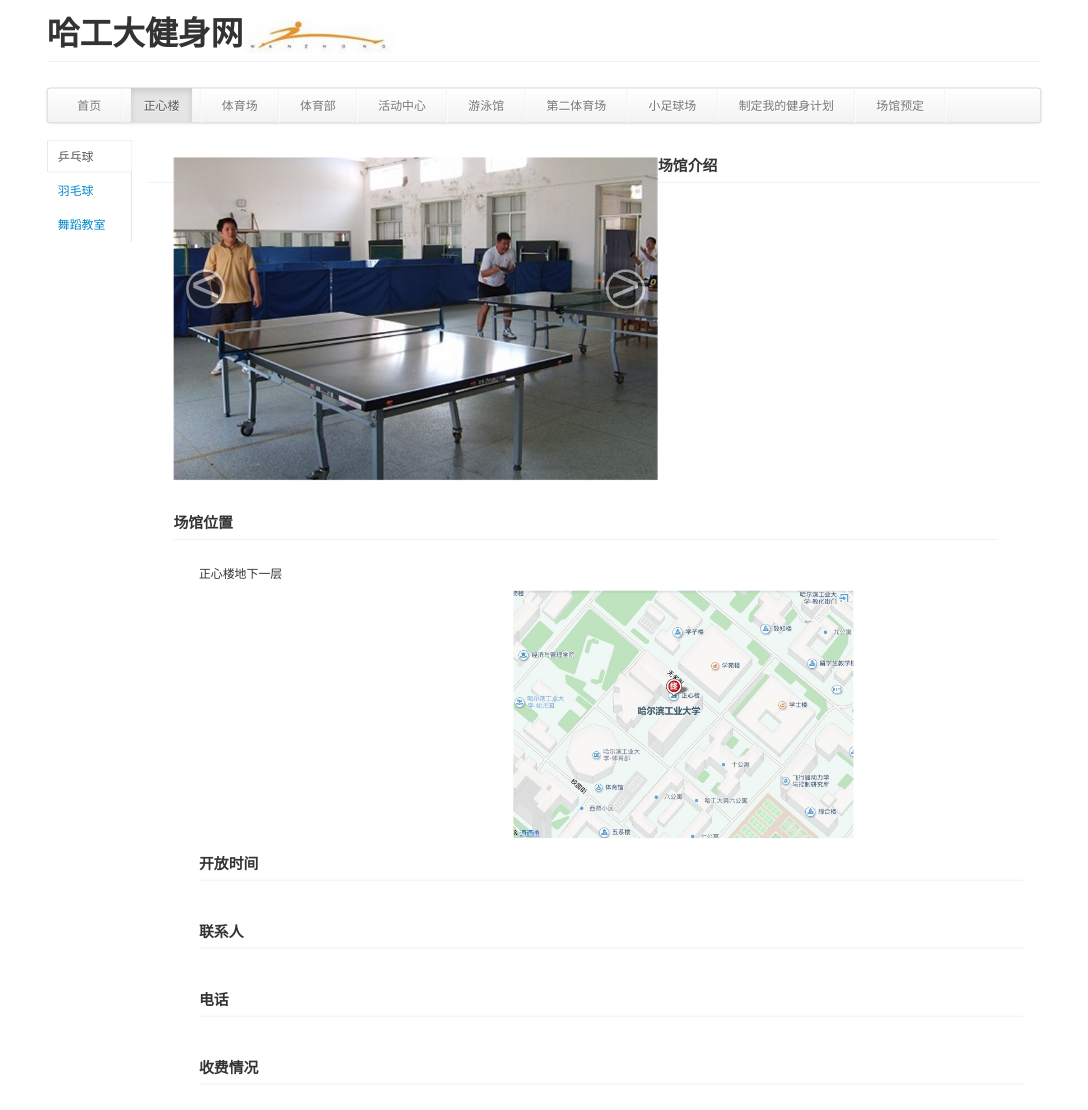
Repository: hitDeveloper/fitness
Page: http://localhost/project/zhengxin.jsp
The author's editor kept a copy of each file at every save. The page is drawn from the files as they stood at one save, then again after the next save.
The browser window is 1280 px wide. The pictures show the whole page, at 85% of full size.
The page is served by Tomcat 9. Nobody is signed in. The application's start-up code is not run.

Above is the page before, as saved 2014-11-05 00:24:11.

After the next save:
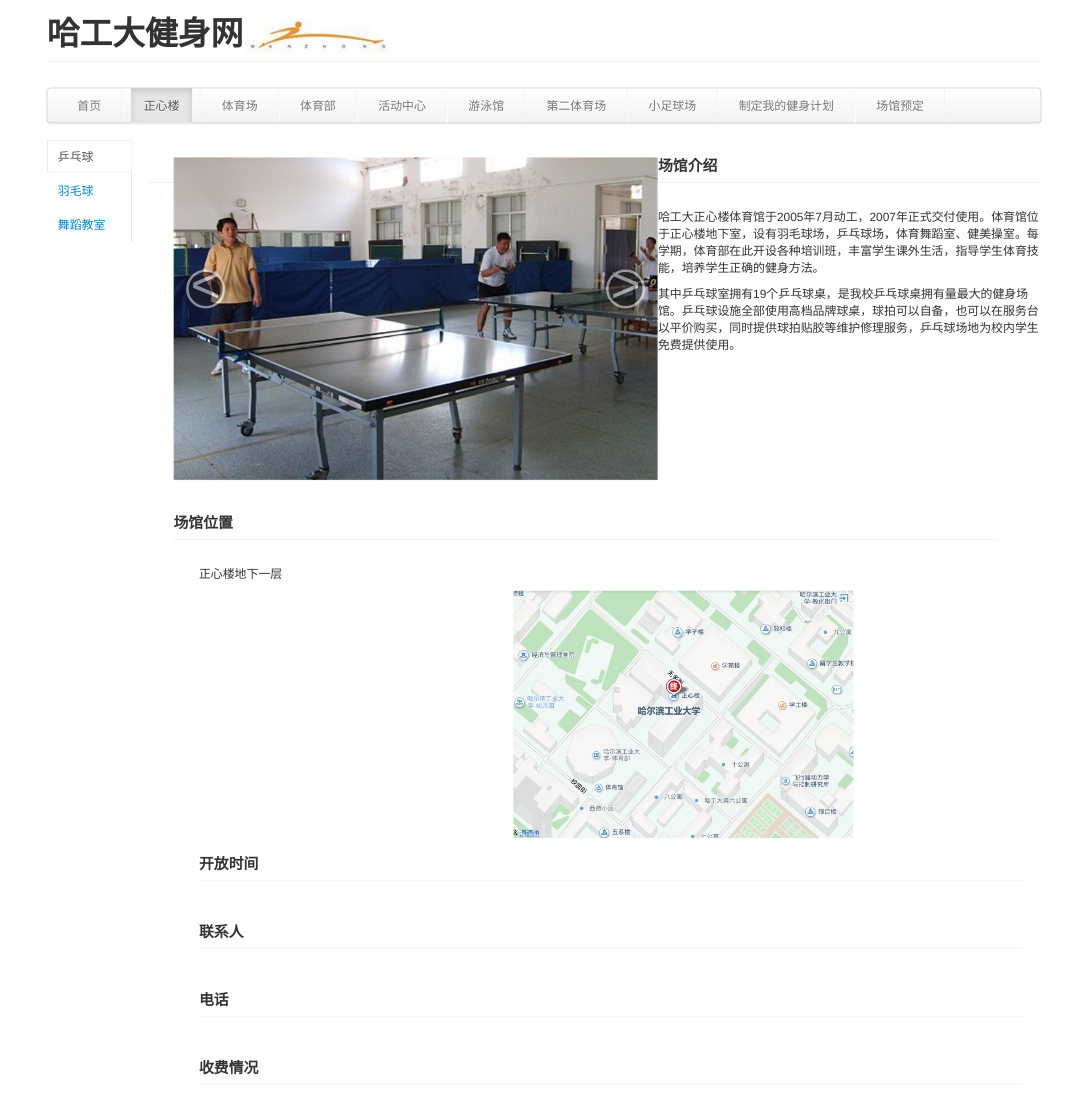
Saved 2 min 40 s later.
--- a/Project/project/WebRoot/zhengxin.jsp
+++ b/Project/project/WebRoot/zhengxin.jsp
@@ -69,7 +69,8 @@
 </div>
 <div>
 <h4 class="page-header">场馆介绍</h4>
-<p></p>
+<p>哈工大正心楼体育馆于2005年7月动工，2007年正式交付使用。体育馆位于正心楼地下室，设有羽毛球场，乒乓球场，体育舞蹈室、健美操室。每学期，体育部在此开设各种培训班，丰富学生课外生活，指导学生体育技能，培养学生正确的健身方法。</p>
+<p>其中乒乓球室拥有19个乒乓球桌，是我校乒乓球桌拥有量最大的健身场馆。乒乓球设施全部使用高档品牌球桌，球拍可以自备，也可以在服务台以平价购买，同时提供球拍贴胶等维护修理服务，乒乓球场地为校内学生免费提供使用。</p>
 </div>
 <div class="span10">
 <h4 class="page-header">场馆位置</h4>
